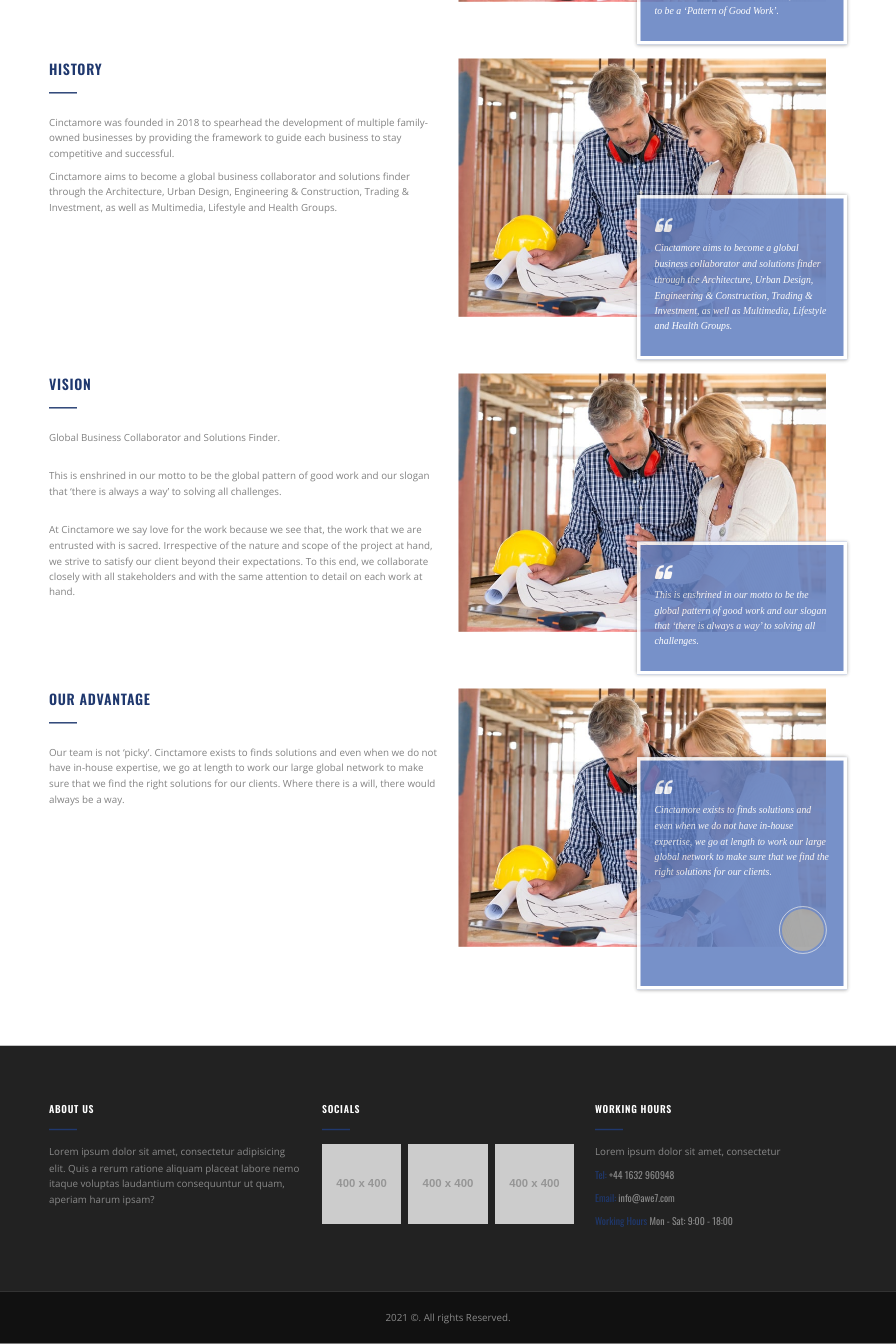
Repository: techieaccl/techieaccl.github.io
Page: about-us.html
These files come from the project's save history. The page is drawn as it stood at one moment and after the next save; the edit follows.
The browser window is 1280 px wide. The pictures show the part of the page from y = 751 to 2671 px (the page is 2671 px tall), at 70% of full size.
Pictures or frames that could not be fetched are drawn as grey boxes. Some web fonts or font styles are not loaded; a fallback is used.

Above is the page before, as saved 2021-09-08 20:09:47.

### about-us.html
<!DOCTYPE html>
<html>
    <head>
		<title>About Us</title>
		<meta charset="utf-8">
		<meta name="viewport" content="width=device-width, initial-scale=1.0, maximum-scale=1.0, user-scalable=no">
		<meta name="format-detection" content="telephone=no">
		<meta name="apple-mobile-web-app-capable" content="yes">
		<!-- Fonts-->
		<link rel="stylesheet" type="text/css" href="assets/fonts/fontawesome/font-awesome.min.css">
		<link rel="stylesheet" type="text/css" href="assets/fonts/pe-icon/pe-icon.css">
		<!-- Vendors-->
		<link rel="stylesheet" type="text/css" href="assets/vendors/bootstrap/grid.css">
		<link rel="stylesheet" type="text/css" href="assets/vendors/magnific-popup/magnific-popup.min.css">
		<link rel="stylesheet" type="text/css" href="assets/vendors/swiper/swiper.css">
		<!-- App & fonts-->
		<link rel="stylesheet" type="text/css" href="https://fonts.googleapis.com/css?family=Open+Sans:400,700|Oswald:400,600|Playfair+Display:400i">
		<link rel="stylesheet" type="text/css" href="assets/css/main.css"><!--[if lt IE 9]>
			<script src="https://oss.maxcdn.com/libs/html5shiv/3.7.0/html5shiv.js"></script>
		<![endif]-->
	</head>

    <body>
                <!-- preload -->
				<div class="preload" id="preload">
					<div class="cssload-spin-box"></div>
				</div><!-- End / preload -->


        <div class="page-wrap">
            <!-- header -->
			<header class="header header-fixheight header--fixed">
				<div class="container">
					<div class="header__inner">
						<div class="header-logo">
							<!-- <a href="home.html"><img src="assets/img/logo_white.png" alt=""/></a> -->
							<h1><strong>Cinctamore </strong></h1>
						</div>
						<!-- raising-menu -->
                        <ul class="raising-menu-generic">
                            <li><a href="index.html">Back To Home</a>
                            </li>
                        </ul><!-- raising-menu -->

					</div>
				</div>
			</header><!-- End / header -->

            <!-- Content-->
			<div class="md-content">

                <!-- Section -->
				<section class="md-section">
					<div class="container">
						<div class="row">
							<div class="col-lg-8 col-xs-offset-0 col-sm-offset-0 col-md-offset-0 col-lg-offset-2 ">

								<!-- sec-title -->
								<div class="sec-title sec-title__lg-title md-text-center">
									<br><br>
									<h2 class="sec-title__title">About Us</h2><span class="sec-title__divider"></span>
								</div><!-- End / sec-title -->

							</div>
						</div>
					</div>
				</section>

				<!-- Section -->
				<section class="md-section" style="background-color:#fff;padding:60px 0;">
					<div class="container">
						<div class="row">
							<div class="col-lg-6 ">
								<div class="mb-30">

									<!-- sec-title -->
									<div class="sec-title sec-title__lg-title">
										<h2 class="sec-title__title"><span>Our Name</span></h2><span class="sec-title__divider"></span>
									</div><!-- End / sec-title -->
									<p>Cinctamore - a combined word of “cincta (surrounded, encircled, crowned, girded, enclosed)” and “amore (love)” means “surrounded by love.”</p><br>
									<p>Our name reflects our belief that, the greatest of what is possible can only be achieved when what we do as a team is surrounded with love. In all we do, we strive to be a ‘Pattern of Good Work’.
									 <span>At Cinctamore, we are constantly finding solutions to support a better future for all. </span></span></p><br>
								</div>
							</div>
							<div class="col-lg-6 ">

								<!-- about -->
								<div class="about"><img src="assets/img/about/2.jpg" alt=""/>

									<!-- quote-02 -->
									<blockquote class="quote-02 about-quote">
										<p class="quote-02__text">Our name reflects our belief that, the greatest of what is possible can only be achieved when what we do as a team is surrounded with love. In all we do, we strive to be a ‘Pattern of Good Work’.</p>

									</blockquote><!-- End / quote-02 -->

								</div><!-- End / about -->

							</div>
						</div>
						<div class="row">
							<div class="col-lg-6 ">
								<div class="mb-30">

									<!-- sec-title -->
									<div class="sec-title sec-title__lg-title">
										<h2 class="sec-title__title"><span>History </span></h2><span class="sec-title__divider"></span>
									</div><!-- End / sec-title -->

									<p>Cinctamore was founded in 2018 to spearhead the development of multiple family-owned
									 businesses by providing the framework to guide each business to stay competitive and successful.</p>
									<p>Cinctamore aims to become a global business collaborator and solutions finder through the Architecture,
									 Urban Design, Engineering & Construction, Trading & Investment, as well as Multimedia, Lifestyle and Health Groups. </p>
								</div>
							</div>
							<div class="col-lg-6 ">

								<!-- about -->
								<div class="about"><img src="assets/img/about/2.jpg" alt=""/>

									<!-- quote-02 -->
									<blockquote class="quote-02 about-quote">
										<p class="quote-02__text">Cinctamore aims to become a global business collaborator and solutions finder through the Architecture,
											Urban Design, Engineering & Construction, Trading & Investment, as well as Multimedia, Lifestyle and Health Groups.</p>

									</blockquote><!-- End / quote-02 -->

								</div><!-- End / about -->

							</div>
						</div>
						<div class="row">
							<div class="col-lg-6 ">
								<div class="mb-30">

									<!-- sec-title -->
									<div class="sec-title sec-title__lg-title">
										<h2 class="sec-title__title"><span>Vision</span></h2><span class="sec-title__divider"></span>
									</div><!-- End / sec-title -->
									<p>Global Business Collaborator and Solutions Finder.</p><br>
									<p>This is enshrined in our motto to be the global pattern of good work
									and our slogan that ‘there is always a way’ to solving all challenges.</p><br>
									<p>At Cinctamore we say love for the work because we see that, the work that we are entrusted with is sacred.
									Irrespective of the nature and scope of the project at hand, we strive to satisfy our client beyond their expectations.
									To this end, we collaborate closely with all stakeholders and with the same attention to detail on each work at hand. </p>
								</div>
							</div>
							<div class="col-lg-6 ">

								<!-- about -->
								<div class="about"><img src="assets/img/about/2.jpg" alt=""/>

									<!-- quote-02 -->
									<blockquote class="quote-02 about-quote">
										<p class="quote-02__text">This is enshrined in our motto to be the global pattern of good work
											and our slogan that ‘there is always a way’ to solving all challenges.</p>

									</blockquote><!-- End / quote-02 -->

								</div><!-- End / about -->

							</div>
						</div>
						<div class="row">
							<div class="col-lg-6 ">
								<div class="mb-30">

									<!-- sec-title -->
									<div class="sec-title sec-title__lg-title">
										<h2 class="sec-title__title"><span>Our Advantage</span></h2><span class="sec-title__divider"></span>
									</div><!-- End / sec-title -->
									<p>Our team is not ‘picky’. Cinctamore exists to finds solutions and even when we do not have in-house expertise,
									we go at length to work our large global network to make sure that we find the right solutions for our clients.
									Where there is a will, there would always be a way. </p>
								</div>
							</div>
							<div class="col-lg-6 ">

								<!-- about -->
								<div class="about"><img src="assets/img/about/2.jpg" alt=""/>

									<!-- quote-02 -->
									<blockquote class="quote-02 about-quote">
										<p class="quote-02__text">Cinctamore exists to finds solutions and even when we do not have in-house expertise,
										we go at length to work our large global network to make sure that we find the right solutions for our clients.</p>

										<!-- authorbox -->
										<div class="authorbox">
											<div class="authorbox__avartar" style="background-image: url(https://unsplash.it/800);"><img src="https://unsplash.it/800" alt=""/></div>
											</div>
										</div><!-- End / authorbox -->

									</blockquote><!-- End / quote-02 -->

								</div><!-- End / about -->

						</div>
						</div>
					</div>
				</section>
				<!-- End / Section -->

				<!-- footer-01 -->
			<footer class="footer-01 md-skin-dark">
				<div class="footer-01__widget">
					<div class="container">
						<div class="row">
							<div class="col-md-6 col-lg-4 ">

								<!-- widget -->
								<section class="widget">

									<!-- sec-title -->
									<div class="sec-title">
										<h2 class="sec-title__title">about us</h2><span class="sec-title__divider"></span>
									</div><!-- End / sec-title -->

									<p>  Lorem ipsum dolor sit amet, consectetur adipisicing elit. Quis a rerum ratione aliquam placeat labore nemo itaque voluptas laudantium consequuntur ut quam, aperiam harum ipsam?</p>
								</section><!-- End / widget -->

							</div>

							<div class="col-md-6 col-lg-4 ">

								<!-- widget -->
								<section class="widget">

									<!-- sec-title -->
									<div class="sec-title">
										<h2 class="sec-title__title">Socials</h2><span class="sec-title__divider"></span>
									</div><!-- End / sec-title -->


									<!-- widget-gallery -->
									<div class="widget-gallery">
										<div class="widget-gallery__item"><a href="#" style="background-image: url('http://placehold.it/400x400');"><img src="http://placehold.it/400x400" alt=""/></a></div>
										<div class="widget-gallery__item"><a href="#" style="background-image: url('http://placehold.it/400x400');"><img src="http://placehold.it/400x400" alt=""/></a></div>
										<div class="widget-gallery__item"><a href="#" style="background-image: url('http://placehold.it/400x400');"><img src="http://placehold.it/400x400" alt=""/></a></div>
										<!-- <div class="widget-gallery__item"><a href="#" style="background-image: url('http://placehold.it/400x400');"><img src="http://placehold.it/400x400" alt=""/></a></div>
										<div class="widget-gallery__item"><a href="#" style="background-image: url('http://placehold.it/400x400');"><img src="http://placehold.it/400x400" alt=""/></a></div>
										<div class="widget-gallery__item"><a href="#" style="background-image: url('http://placehold.it/400x400');"><img src="http://placehold.it/400x400" alt=""/></a></div>
										<div class="widget-gallery__item"><a href="#" style="background-image: url('http://placehold.it/400x400');"><img src="http://placehold.it/400x400" alt=""/></a></div>
										<div class="widget-gallery__item"><a href="#" style="background-image: url('http://placehold.it/400x400');"><img src="http://placehold.it/400x400" alt=""/></a></div>
										<div class="widget-gallery__item"><a href="#" style="background-image: url('http://placehold.it/400x400');"><img src="http://placehold.it/400x400" alt=""/></a></div> -->
									</div><!-- End /  widget-gallery -->

								</section><!-- End / widget -->

							</div>
							<div class="col-lg-4 ">

								<!-- widget -->
								<section class="widget">

									<!-- sec-title -->
									<div class="sec-title">
										<h2 class="sec-title__title">working hours</h2><span class="sec-title__divider"></span>
									</div><!-- End / sec-title -->

									<p> Lorem ipsum dolor sit amet, consectetur</p>

									<!--  -->
									<div>
										<div class="widget-contact__item"><span class="widget-contact__title">Tel:</span>
											<p class="widget-contact__text">+44 1632 960948</p>
										</div>
										<div class="widget-contact__item"><span class="widget-contact__title">email:</span>
											<p class="widget-contact__text"><a href="#">info@awe7.com</a></p>
										</div>
										<div class="widget-contact__item"><span class="widget-contact__title">Working Hours</span>
											<p class="widget-contact__text">Mon - Sat: 9:00 - 18:00</p>
										</div>
									</div><!-- End /   -->

								</section><!-- End / widget -->

							</div>
						</div>
					</div>
				</div>

				<!-- copyright-01 -->
				<div class="copyright-01 md-text-center">
					<div class="container">
						<p class="copyright-01__copy">2021 &copy;. All rights Reserved.</p>
					</div>
				</div><!-- End / copyright-01 -->

			</footer><!-- End / footer-01 -->
            </div>
			<!-- End / Content-->
        </div>
    </body>
</html>

Loaded but not shown: assets/fonts/fontawesome/font-awesome.min.css (library); assets/fonts/pe-icon/pe-icon.css (common file); assets/vendors/bootstrap/grid.css (library); assets/vendors/magnific-popup/magnific-popup.min.css (library); assets/vendors/swiper/swiper.css (library); assets/css/main.css (4044 lines, source omitted)

After the next save:
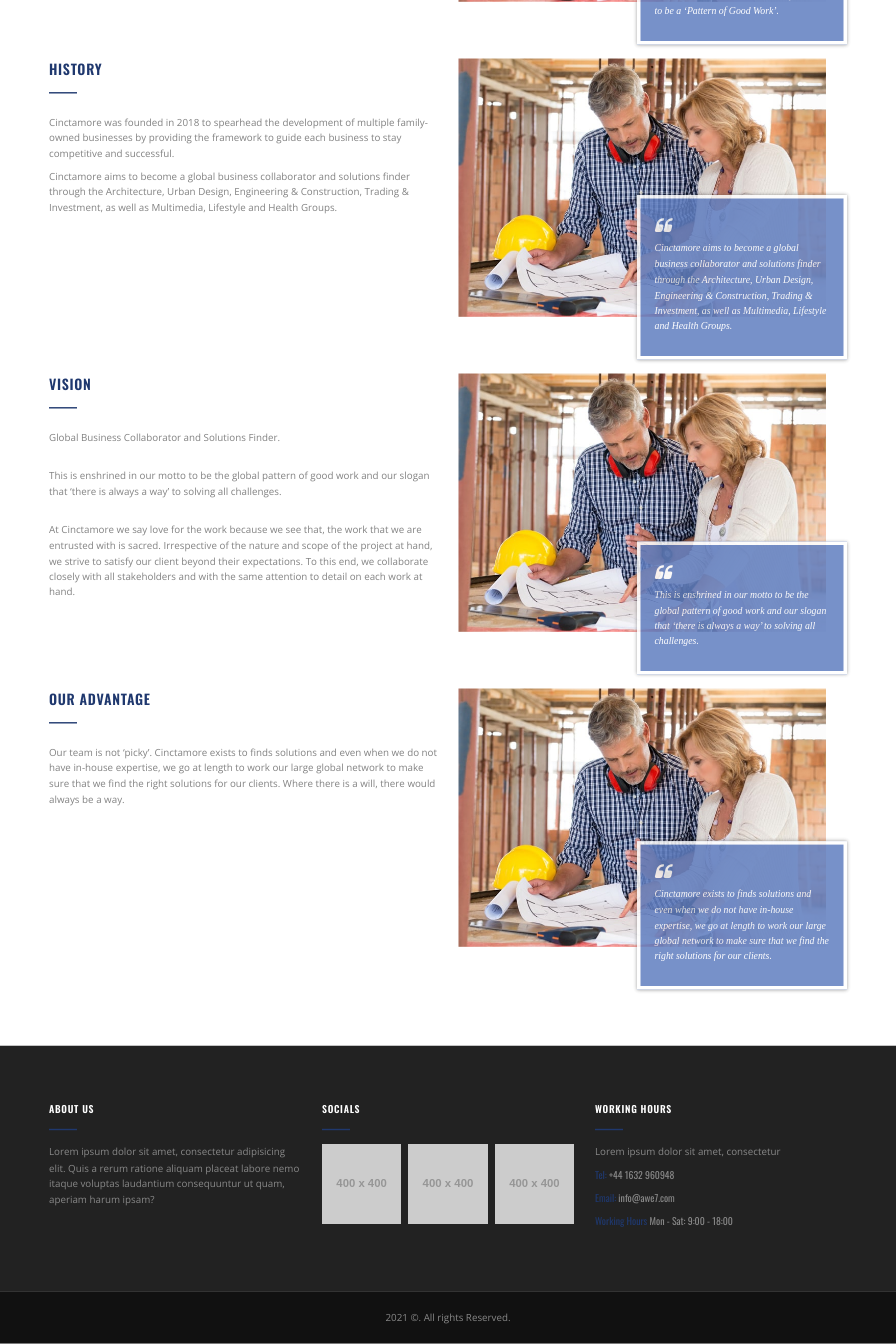
Saved 19 s later.
--- a/about-us.html
+++ b/about-us.html
@@ -183,12 +183,6 @@
 										<p class="quote-02__text">Cinctamore exists to finds solutions and even when we do not have in-house expertise,
 										we go at length to work our large global network to make sure that we find the right solutions for our clients.</p>
 
-										<!-- authorbox -->
-										<div class="authorbox">
-											<div class="authorbox__avartar" style="background-image: url(https://unsplash.it/800);"><img src="https://unsplash.it/800" alt=""/></div>
-											</div>
-										</div><!-- End / authorbox -->
-
 									</blockquote><!-- End / quote-02 -->
 
 								</div><!-- End / about -->
